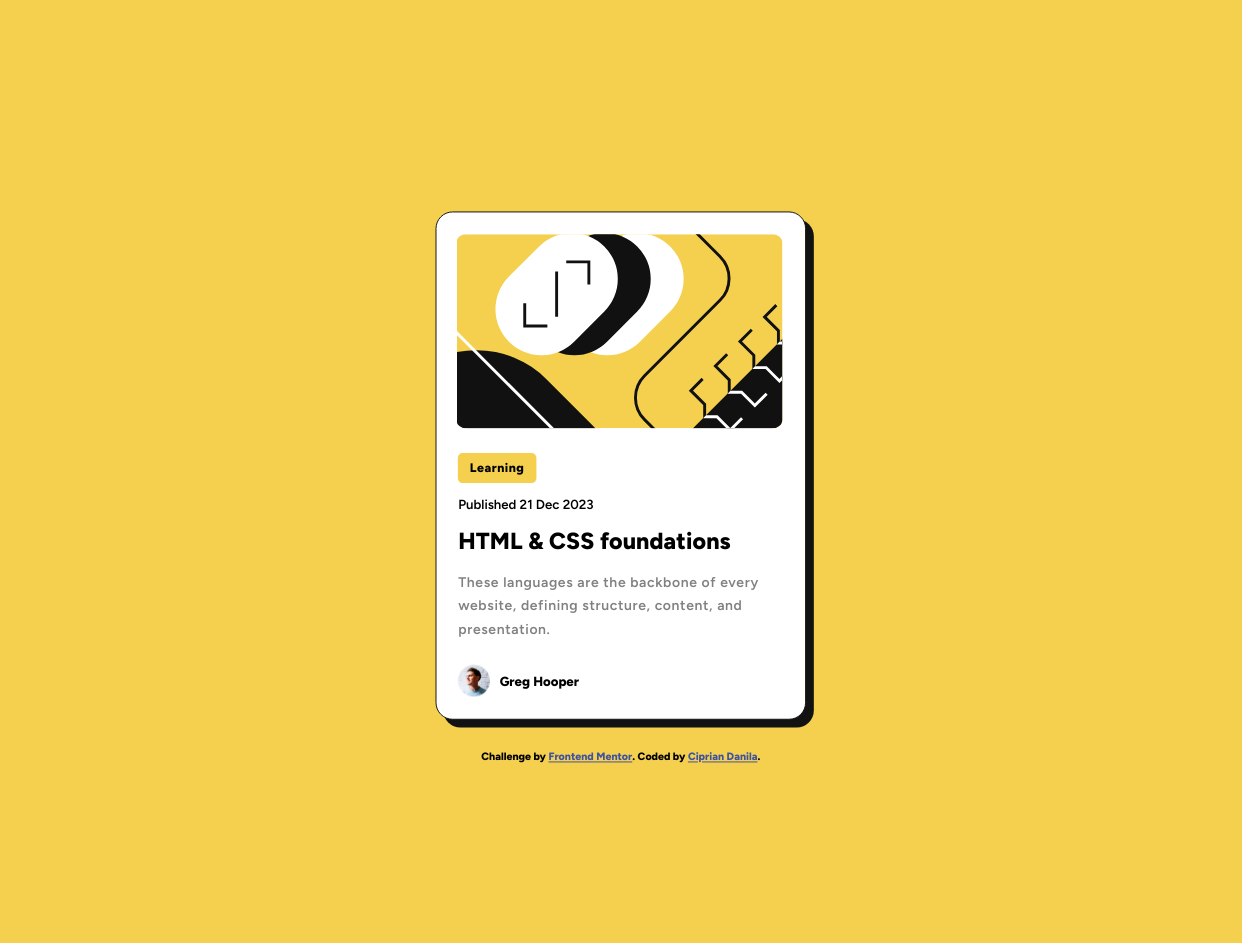
Repository: cipdanila/blog-preview-card
Page: index.html
These files come from the project's save history. The page is drawn as it stood at one moment and after the next save; the edit follows.
The browser window is 1280 px wide. The pictures show the whole page, at 97% of full size.
The pointer rests on the first visible `.card__title`.

Above is the page before, as saved 2024-03-21 19:39:39.

### index.html
<!DOCTYPE html>
<html lang="en">
    <head>
        <meta charset="UTF-8" />
        <meta name="viewport" content="width=device-width, initial-scale=1.0" />
        <!-- displays site properly based on user's device -->
        <link rel="icon" type="image/png" sizes="32x32" href="/assets/images/favicon-32x32.png" />
        <link rel="stylesheet" href="style.css" />
        <title>Frontend Mentor | Blog preview card</title>
    </head>
    <body>
        <main class="card">
            <section class="card__content">
                <img src="/assets/images/illustration-article.svg" alt="illustration article" class="card__image" />
                <div class="card__text">
                    <p class="card__category">Learning</p>
                    <p class="card__published">Published 21 Dec 2023</p>
                    <h1 class="card__title">HTML & CSS foundations</h1>
                    <p class="card__info">
                        These languages are the backbone of every website, defining structure, content, and presentation.
                    </p>
                    <div class="card__author">
                        <img src="/assets/images/image-avatar.webp" alt="avatar" class="card__avatar" />
                        <p class="card__author-name">Greg Hooper</p>
                    </div>
                </div>
            </section>
        </main>

        <footer class="attribution">
            Challenge by
            <a href="https://www.frontendmentor.io/challenges/blog-preview-card-ckPaj01IcS" target="_blank" rel="noopener noreferer">Frontend Mentor</a>.
            Coded by <a href="https://github.com/cipdanila" target="_blank" rel="noopener noreferer">Ciprian Danila</a>.
        </footer>
    </body>
</html>

### style.css
@import url('https://fonts.googleapis.com/css2?family=Figtree:wght@600;800&display=swap');

/* Base styles */
:root {
    /* Colors */
    /* Primary */
    --yellow: hsl(47, 88%, 63%);
    /* Neutral */
    --white: hsl(0, 0%, 100%);
    --grey: hsl(0, 0%, 50%);
    --black: hsl(0, 0%, 7%);
}

*, *::after, *::before {
    box-sizing: border-box;
    margin: 0;
    padding: 0;
}

body, html {
    font-family: 'Figtree', sans-serif;
    font-size: 1rem;
    font-weight: 600;
    background-color: var(--yellow);
    display: flex;
    flex-direction: column;
    align-items: center;
    justify-content: center;
    padding: 3.8rem 0;
}

/* Block: card */
.card {
    background-color: var(--white);
    border-radius: 1.1rem;
    border: 1px solid var(--black);
    box-shadow: 0.5rem 0.5rem var(--black);
    margin: 2rem 1.5rem;
}

/* Element: image */
.card__image {
    max-width: 100%;
    padding: 0.5rem;
    border-radius: 1.5rem;
    margin-bottom: 3rem;
}

/* Element: content */
.card__content {
    padding: 1rem;
}

.card__text {
    font-size: 0.7rem;
    letter-spacing: 0.3px;
    padding: 0 0.5rem;
}

/* Element: category */
.card__category {
    display: inline-block;
    background-color: var(--yellow);
    padding: 0.35rem 0.75rem;
    border-radius: 0.313rem;
    font-weight: 800;
}

/* Element: published */
.card__published {
    padding: 0.9rem 0;
    font-weight: 100;
}

/* Element: title */
.card__title {
    font-weight: 800;
    font-size: 1.25rem;
    letter-spacing: 0.1px;
}

/* Element: info */
.card__info {
    color: var(--grey);
    font-size: 0.9rem;
    line-height: 1.5;
    letter-spacing: -0.25px;
    padding: 1rem 0;
}

/* Block: avatar */
.card__author {
    width: auto;
    display: flex;
    align-items: center;
    padding: 0.5rem 0.5rem 0.5rem 0;
}

/* Element: avatar-image */
.card__avatar {
    width: 12%;
}

/* Element: author-name */
.card__author-name {
    display: inline-block;
    padding: 0.125rem 0.625rem;
    font-weight: 800;
    font-size: 0.85rem;
}


/* Attribution */
.attribution {
    font-size: 11px;
    text-align: center;
    font-weight: 800;
}

.attribution a {
    color: hsl(228, 45%, 44%);
}

@media (min-width: 400px) {
    body {
        width: 430px;
        margin: 4rem;
    }

    .card__content {
        padding: 0.9rem;
    }

    .card__image {
        border-radius: 1.1rem;
        padding: 0.5rem 0.4rem;
        margin-bottom: 0.8rem;
    }

    .card__text {
        font-size: 0.8rem;
        letter-spacing: 0.01px;
        padding: 0 0.5rem;
    }

    .card__title {
        font-size: 1.5rem;
    }

    .card__category {
        padding: 0.5rem 0.75rem;
        letter-spacing: 0.5px;
    }

    .card__published {
        font-size: 0.85rem;
    }

    .card__info {
        letter-spacing: 0.65px;
        line-height: 1.7;
    }

    .card__avatar {
        width: 10%;
    }
}

After the next save:
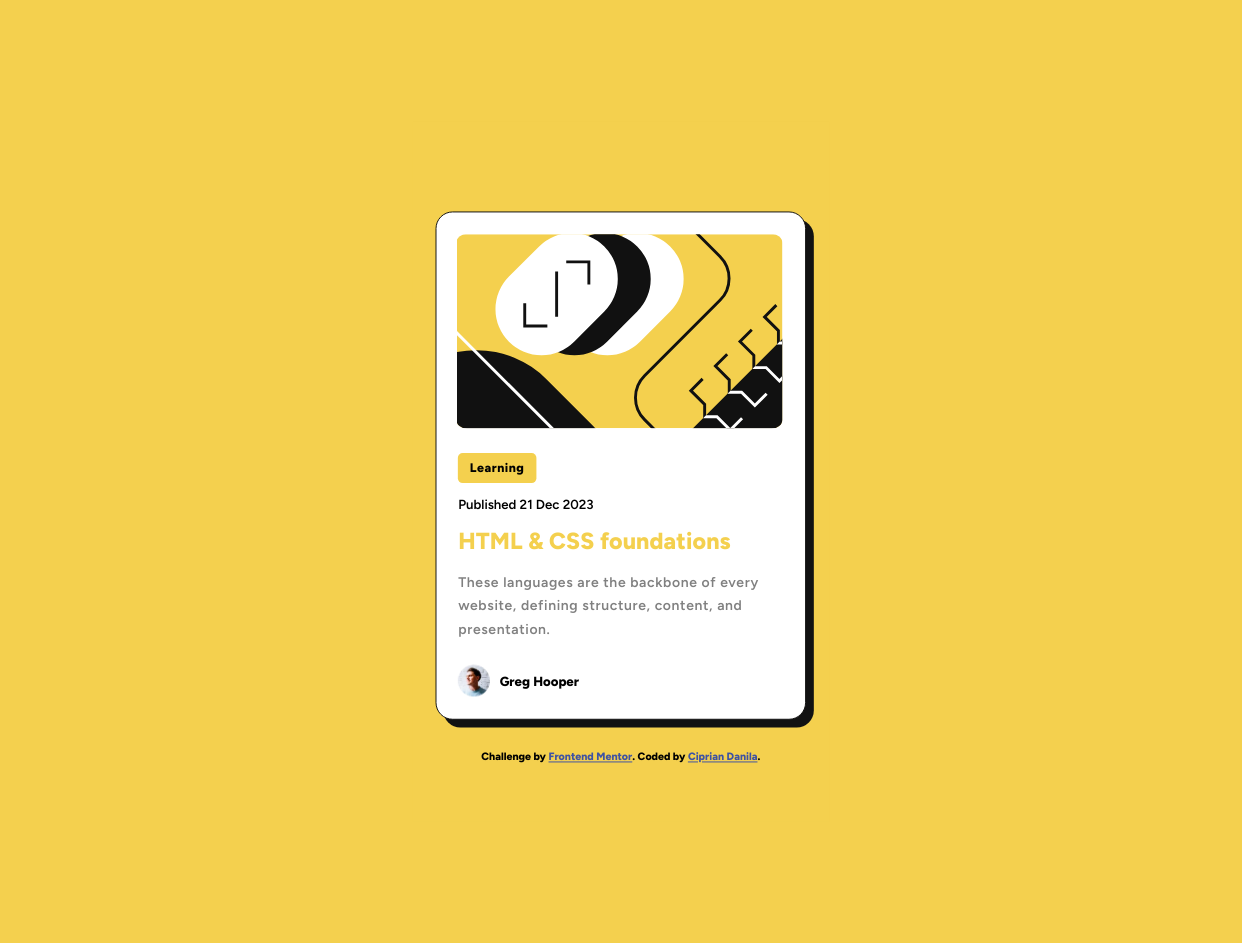
Saved 10 min 24 s later.
--- a/style.css
+++ b/style.css
@@ -77,6 +77,10 @@
     font-weight: 800;
     font-size: 1.25rem;
     letter-spacing: 0.1px;
+}
+
+.card__title:hover {
+    color: var(--yellow);
 }
 
 /* Element: info */
